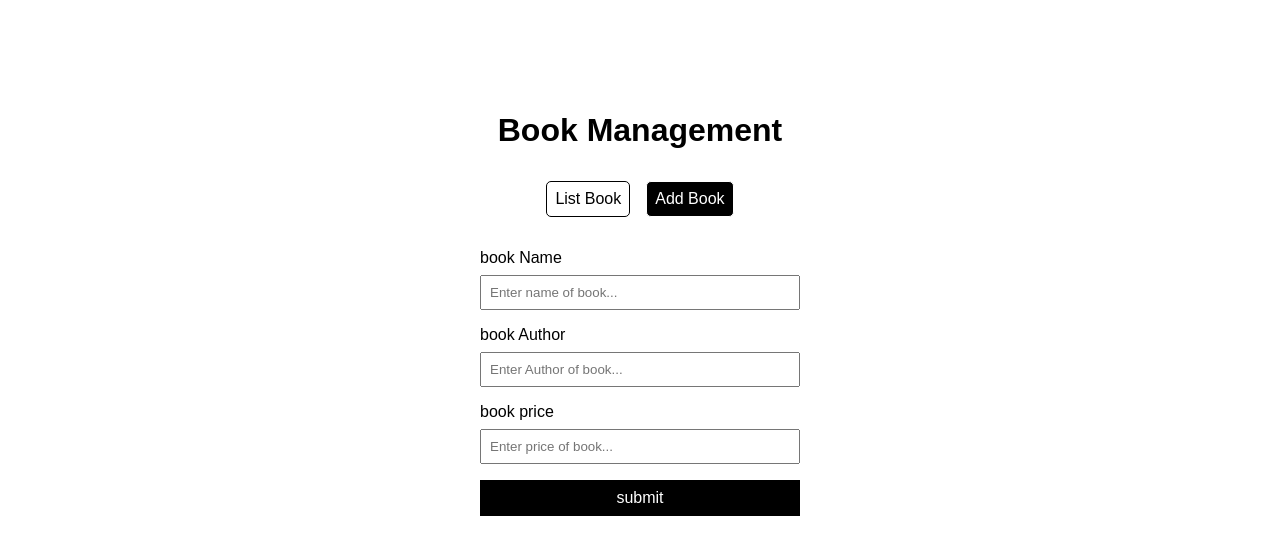
Repository: wakoya-tech/e-library-app1
Page: /add
These files come from the project's save history. The page is drawn as it stood at one moment and after the next save; the edit follows.
The browser window is 1280 px wide. The pictures show the whole page.
The project was rebuilt for these pictures with package versions that can differ from the ones it lists, and the page was loaded fresh each time. Also part of the build but not shown: vite.config.js, src/components/ListBook.jsx.

Above is the page before, as saved 2025-10-11 23:19:30.

After the next save:
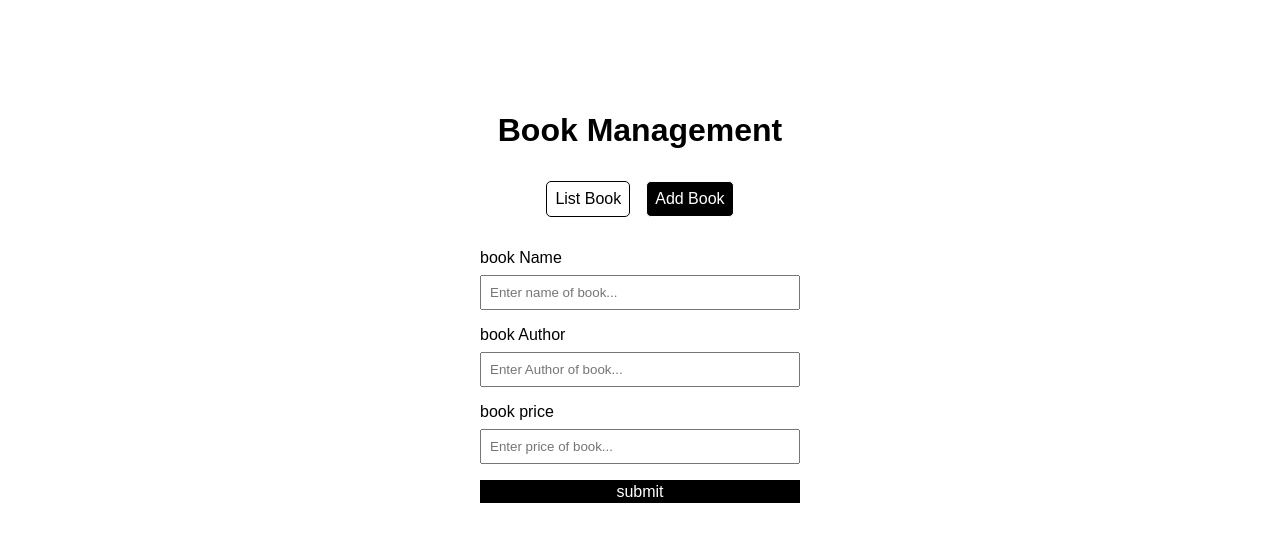
Saved 28 s later.
--- a/src/App.css
+++ b/src/App.css
@@ -51,6 +51,6 @@
 border: 1px solid black;
 color: white;
 width: 100%;
-padding: 0.5rem 1rem;
+padding: 0.1rem 1rem;
 font-size: 1rem;
 }

After the save that followed:
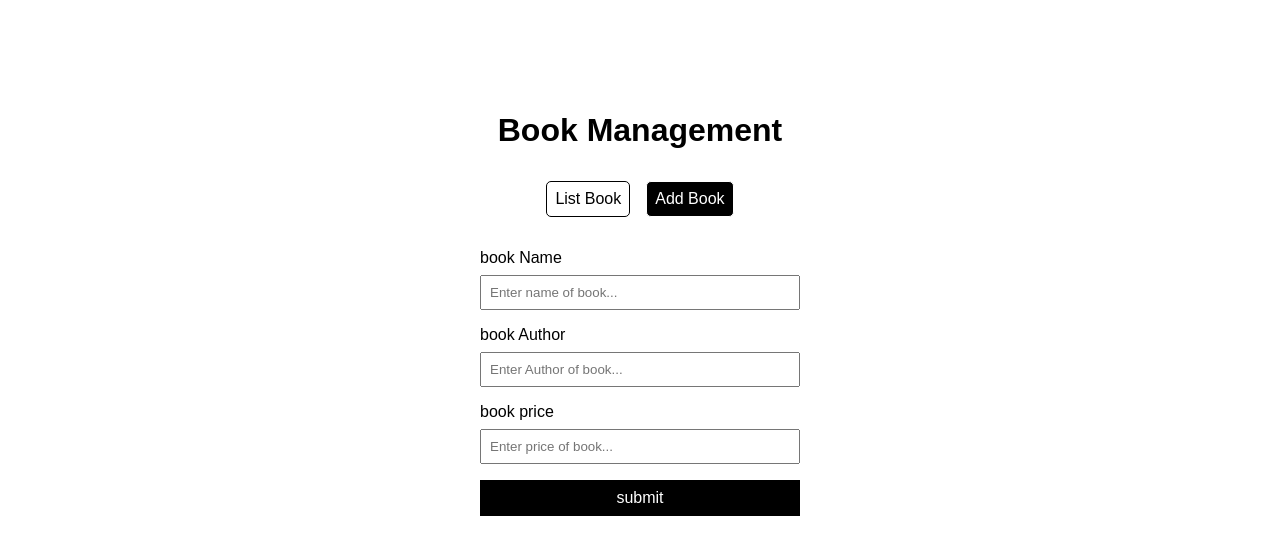
Saved 12 s later.
--- a/src/App.css
+++ b/src/App.css
@@ -51,6 +51,6 @@
 border: 1px solid black;
 color: white;
 width: 100%;
-padding: 0.1rem 1rem;
+padding: 0.5rem 1rem;
 font-size: 1rem;
 }
